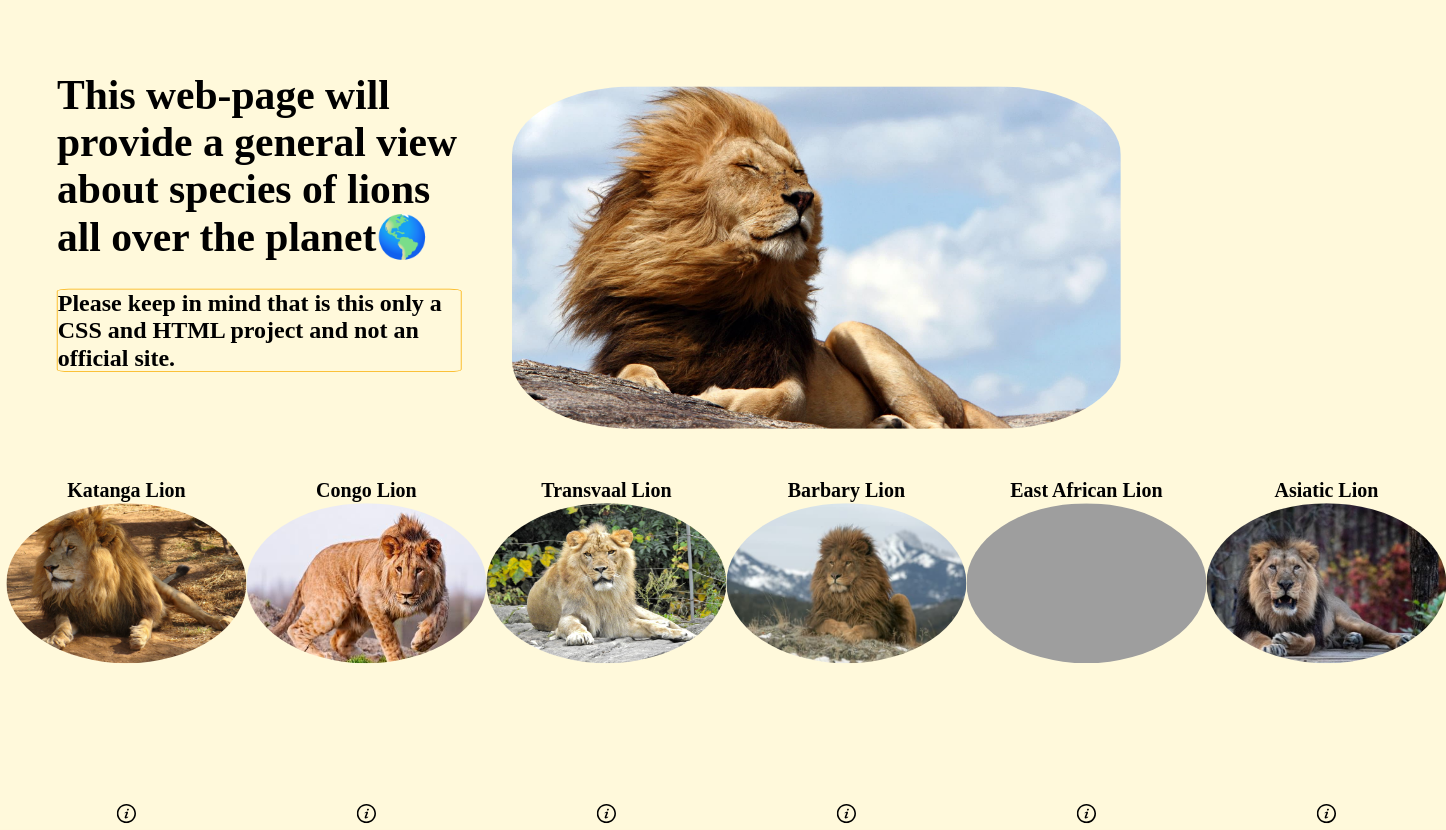
Repository: GeorgeManias/lions_project
Page: index.html
The author's editor kept a copy of each file at every save. The page is drawn from the files as they stood at one save, then again after the next save.
The browser window is 1280 px wide. The page is 1808 px wide, so the pictures cover 1808 px, including what lies to the right of the window. The pictures show the whole page, at 80% of full size.
Pictures or frames that could not be fetched are drawn as grey boxes.

Above is the page before, as saved 2021-11-03 21:00:51.

After the next save:
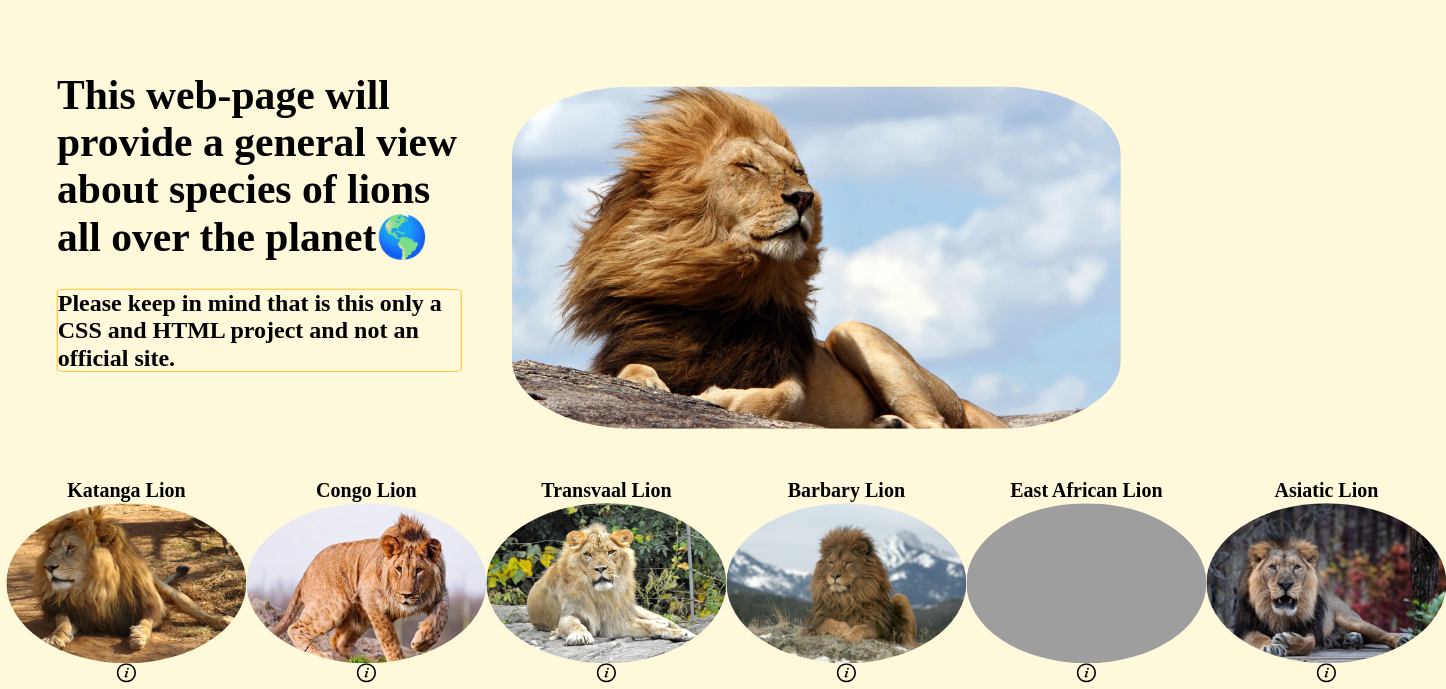
Saved 115 s later.
--- a/index.css
+++ b/index.css
@@ -91,7 +91,7 @@ header {
 .grid_with_6_pictures {
   display: grid;
   grid-template-columns: 1fr 1fr 1fr 1fr 1fr 1fr;
-  grid-template-rows: auto 1fr 1fr;
+  grid-template-rows: auto 1fr auto;
   justify-items: center;
   align-items: flex-end;
 }
@@ -113,6 +113,9 @@ header {
   margin-bottom: 0.8%;
 }
 
+.info_svg {
+}
+
 /*//////////////////////////////////////////////////////////////////////////////////////////////////////////////////////////////////////////////////////////////////*/
 /*Katanga Lion Cord Start*/
 #katanga_title_cord {
